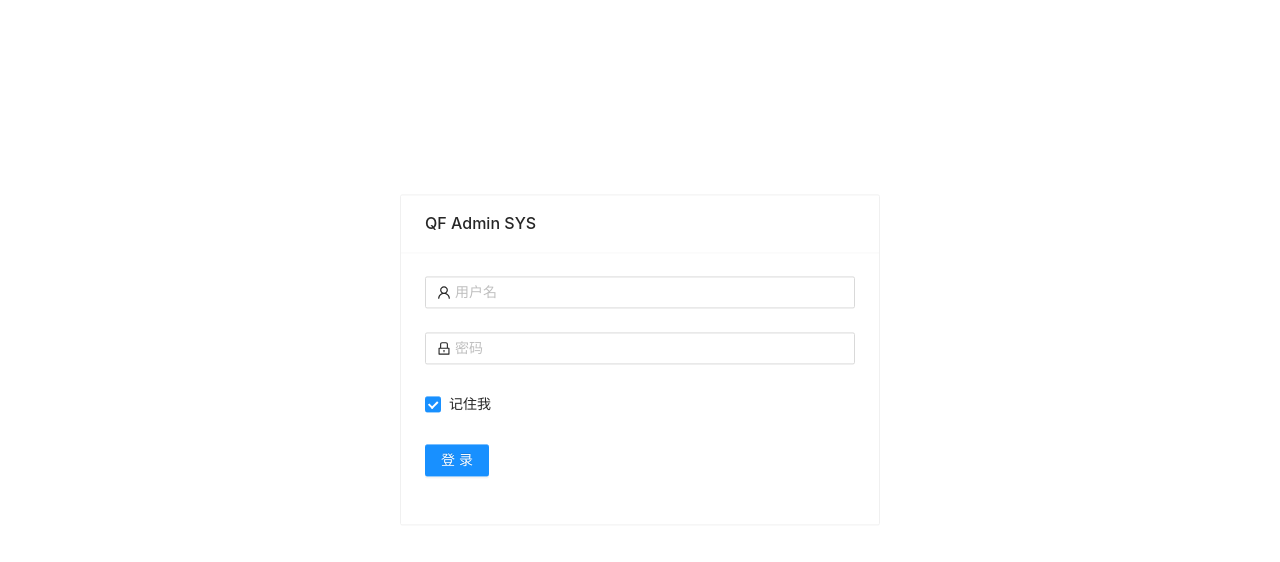
Repository: 13982720426/demo01
Page: /#/login
An editor plug-in stored every save of this project. The page is shown before and after the next save, followed by the edit.
The browser window is 1280 px wide. The pictures show the whole page.
The project was rebuilt for these pictures with package versions that can differ from the ones it lists, and the page was loaded fresh each time. Also part of the build but not shown: src/pages/admin/dashboard/Index.js, src/pages/admin/products/List.js, src/pages/admin/products/Edit.js, src/pages/PageNotFound.js, src/components/Frame/Index.js, src/App.js.

Above is the page before, as saved 2021-04-04 21:34:05.

### src/index.js
import React from 'react'
import ReactDOM from 'react-dom'
import './index.css'
import App from './App'
import 'antd/dist/antd.css'
import { HashRouter as Router, Switch, Route, Redirect } from 'react-router-dom'
import { mainRoutes } from './routes'

ReactDOM.render(
  <Router>
    <Switch>
      <Route path="/admin" render={(routeProps) => <App {...routeProps} />} />
      {mainRoutes.map((route) => {
        return <Route key={route.path} {...route} />
      })}
      <Redirect to="/admin" from="/" />

      <Redirect to="/404" />
    </Switch>
  </Router>,
  document.getElementById('root')
)

### src/routes/index.js
import Login from '../pages/Login'
import Index from '../pages/admin/dashboard/Index'
import List from '../pages/admin/products/List'
import Edit from '../pages/admin/products/Edit'
import PageNotFound from '../pages/PageNotFound'

export const mainRoutes = [
  {
    path: '/login',
    component: Login,
  },
  {
    path: '/404',
    component: PageNotFound,
  },
]

export const adminRoutes = [
  {
    path: '/admin/dashboard',
    component: Index,
    isShow: true,
    title: '看板',
  },
  {
    path: '/admin/products',
    component: List,
    isShow: true,
    exact: true,
    title: '商品管理',
  },
  {
    path: '/admin/products/edit/:id?',
    component: Edit,
    isShow: false,
  },
]

### src/App.css
html,body,#root,
.ant-layout{
    width: 100%;
    height: 100%;
}

### src/pages/Login.js
import React from 'react'
import { Form, Input, Button, Checkbox, Card } from 'antd'
import { UserOutlined, LockOutlined } from '@ant-design/icons'
import './Login.css'

function Login(props) {
  const onFinish = (values) => {
    console.log('Received values of form: ', values)
  }
  return (
    <Card title="QF Admin SYS" className="login-form">
      <Form
        name="normal_login"
        initialValues={{
          remember: true,
        }}
        onFinish={onFinish}
      >
        <Form.Item
          name="username"
          rules={[
            {
              required: true,
              message: '请输入用户名!',
            },
          ]}
        >
          <Input
            prefix={<UserOutlined className="site-form-item-icon" />}
            placeholder="用户名"
          />
        </Form.Item>
        <Form.Item
          name="password"
          rules={[
            {
              required: true,
              message: '请输入密码!',
            },
          ]}
        >
          <Input
            prefix={<LockOutlined className="site-form-item-icon" />}
            type="password"
            placeholder="密码"
          />
        </Form.Item>
        <Form.Item>
          <Form.Item name="remember" valuePropName="checked" noStyle>
            <Checkbox>记住我</Checkbox>
          </Form.Item>
        </Form.Item>

        <Form.Item>
          <Button
            type="primary"
            htmlType="submit"
            className="login-form-button"
          >
            登录
          </Button>
        </Form.Item>
      </Form>
    </Card>
  )
}

export default Login

### src/pages/Login.css
.login-form{
    width: 480px;
    position: relative;
    left: 50%;
    top: 50%;
    transform: translate3d(-50%,-50%,0);
}

Loaded but not shown: public/index.html (common file); src/index.css (common file)

After the next save:
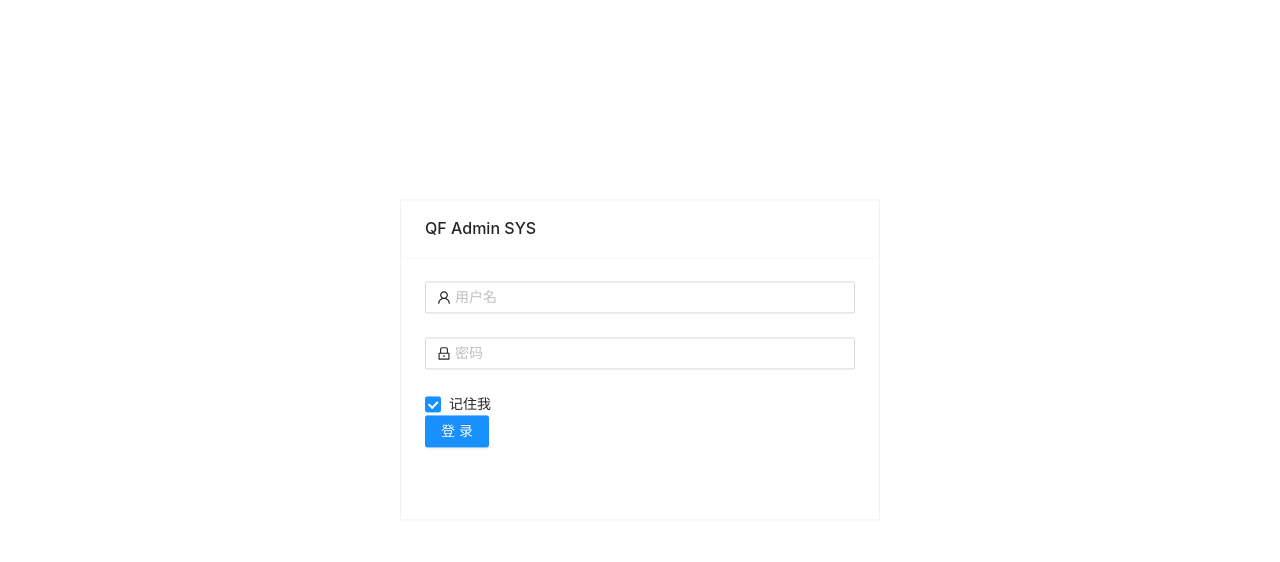
Saved 14 s later.
--- a/src/pages/Login.js
+++ b/src/pages/Login.js
@@ -49,16 +49,15 @@
           <Form.Item name="remember" valuePropName="checked" noStyle>
             <Checkbox>记住我</Checkbox>
           </Form.Item>
-        </Form.Item>
-
-        <Form.Item>
-          <Button
-            type="primary"
-            htmlType="submit"
-            className="login-form-button"
-          >
-            登录
-          </Button>
+          <Form.Item>
+            <Button
+              type="primary"
+              htmlType="submit"
+              className="login-form-button"
+            >
+              登录
+            </Button>
+          </Form.Item>
         </Form.Item>
       </Form>
     </Card>

After the save that followed:
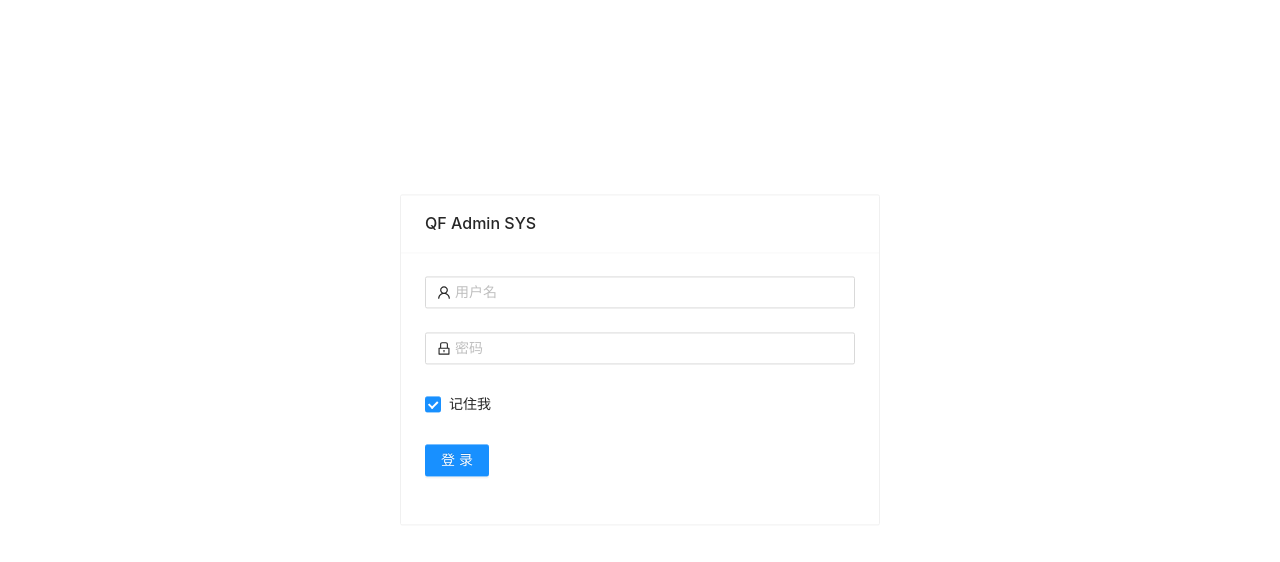
Saved 7 s later.
--- a/src/pages/Login.js
+++ b/src/pages/Login.js
@@ -49,15 +49,16 @@
           <Form.Item name="remember" valuePropName="checked" noStyle>
             <Checkbox>记住我</Checkbox>
           </Form.Item>
-          <Form.Item>
-            <Button
-              type="primary"
-              htmlType="submit"
-              className="login-form-button"
-            >
-              登录
-            </Button>
-          </Form.Item>
+        </Form.Item>
+
+        <Form.Item>
+          <Button
+            type="primary"
+            htmlType="submit"
+            className="login-form-button"
+          >
+            登录
+          </Button>
         </Form.Item>
       </Form>
     </Card>
